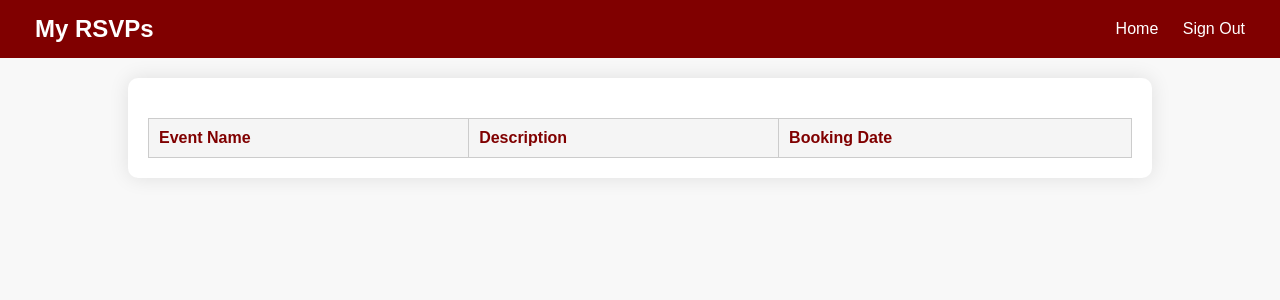
Repository: krypton-arch/CollegeEvent
Page: CollegeEvent/src/main/webapp/my_rsvps.html
These files come from the project's save history. The page is drawn as it stood at one moment and after the next save; the edit follows.
The browser window is 1280 px wide. The pictures show the whole page.
The page's requests for data from a server got no answer.

Above is the page before, as saved 2024-10-30 08:27:33.

After the next save:
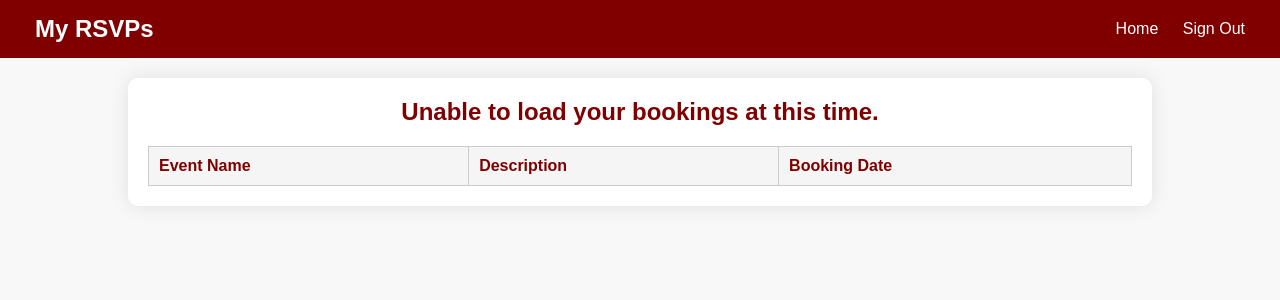
Saved 115 s later.
--- a/CollegeEvent/src/main/webapp/my_rsvps.html
+++ b/CollegeEvent/src/main/webapp/my_rsvps.html
@@ -29,28 +29,38 @@
                 <!-- RSVP bookings will be inserted here by JavaScript -->
             </tbody>
         </table>
+        <p id="no-rsvps" style="display: none;">You currently have no RSVPs.</p>
     </div>
 
     <script>
         // Fetch RSVPs on page load
-        window.onload = function() {
-            fetch('MyRSVPsServlet')
-                .then(response => response.json())
-                .then(data => {
-                    // Display greeting
-                    document.getElementById('greeting').innerText = `Hello, ${data.name}! Here are your bookings:`;
+        window.onload = async function() {
+            try {
+                const response = await fetch('MyRSVPsServlet');
+                const data = await response.json();
 
-                    // Populate the table with the bookings
-                    const tbody = document.getElementById('rsvp-table').getElementsByTagName('tbody')[0];
+                // Display greeting with user name
+                document.getElementById('greeting').innerText = `Hello, ${data.name}! Here are your bookings:`;
+
+                const tbody = document.getElementById('rsvp-table').getElementsByTagName('tbody')[0];
+
+                // Check if there are any bookings
+                if (data.bookings && data.bookings.length > 0) {
+                    // Populate the table with bookings data
                     data.bookings.forEach(booking => {
                         const row = tbody.insertRow();
                         row.insertCell(0).innerText = booking.eventName;
-                        row.insertCell(1).innerText = booking.bookingDate;
+                        row.insertCell(1).innerText = booking.description || 'No description available';
+                        row.insertCell(2).innerText = booking.bookingDate;
                     });
-                })
-                .catch(error => {
-                    console.error('Error fetching RSVPs:', error);
-                });
+                } else {
+                    // Show message if no RSVPs are found
+                    document.getElementById('no-rsvps').style.display = 'block';
+                }
+            } catch (error) {
+                console.error('Error fetching RSVPs:', error);
+                document.getElementById('greeting').innerText = 'Unable to load your bookings at this time.';
+            }
         };
     </script>
 </body>
